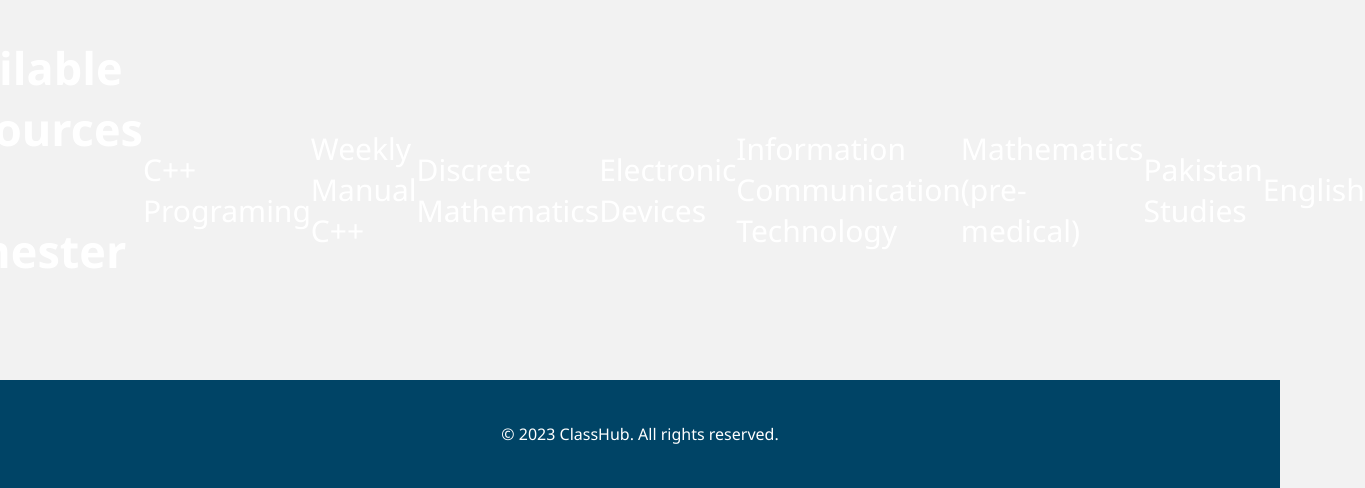
Repository: MariamSawera/eduNova
Page: semester1.html
An editor plug-in stored every save of this project. The page is shown before and after the next save, followed by the edit.
The browser window is 1280 px wide. The page is 1365 px wide, then 1280 px, so the pictures cover 1365 px, including what lies to the right of the window. The pictures show the part of the page from y = 294 to 782 px (the page is 782 px tall before and 720 px after).

Above is the page before, as saved 2025-07-21 21:19:16.

### semester1.html
<html>
<head>
    <title>Semester 1</title>
    <meta charset="UTF-8">
    <meta name="viewport" content="width=device-width, initial-scale=1.0">
    <link rel="stylesheet" href="styles.css">
    <script src="script.js"></script>
</head>
<body>
    <nav>
        <div class="logo">ClassHub</div>
        <ul>
        <li><a href="index.html">Home</a></li>
        <li><a href="semesters.html">Semesters</a></li>
        <li><a href="subjects.html">Subjects</a></li>
        <li><a href="books.html">Books</a></li>
        <li><a href="resources.html">Resources</a></li>
        <li><a href="assignments.html">Assignments</a></li>
        <li><a href="events.html">Events</a></li>
        <li><a href="contact.html">Contact</a></li>
        <li><a href="login.html">Login</a></li>
        </ul>
    </nav>

    <!-- Hero Section -->
    <div class="hero">
        <h1>Welcome to Semester 1 Resources!</h1>
    </div>

    <!-- Resources Section -->
    <div class="resources link-card">
        <h2>Available Resources for Semester 1</h2>
        <div><a href="https://drive.google.com/drive/folders/107JqVOv88Fd92JowXaY-PRxd7YaUVjqE?usp=drive_link" target="_blank">C++ Programing</a></div>
        <div><a href="https://drive.google.com/drive/folders/1-wXgk55pBIPaTlGGSjHjC05zFuhTXC0J?usp=drive_link" target="_blank">Weekly Manual C++</a></div>
        <div><a href="https://drive.google.com/drive/folders/10LtCkj5NTZ55ltIwCDD5zz6DSAjf3nnH?usp=drive_link" target="_blank">Discrete Mathematics</a></div>
        <div><a href="https://drive.google.com/drive/folders/10BQ2rqRyouELCtNv4xKEXuyZJgSYMjdB?usp=drive_link" target="_blank">Electronic Devices</a></div>
        <div><a href="https://drive.google.com/drive/folders/10KPI5x9fh2YeOktNCOFIZnkyhQiEcjKa?usp=drive_link" target="_blank">Information Communication Technology</a></div>
        <div><a href="https://drive.google.com/drive/folders/10l_7g8jQ9fqraMbjIqZynxW4N8hcbFr2?usp=drive_link" target="_blank">Mathematics (pre-medical)</a></div>
        <div><a href="https://drive.google.com/drive/folders/1013mME8j22eaJip78wbZ1QB-dDGhfw2A?usp=drive_link" target="_blank">Pakistan Studies</a></div>
        <div><a href="https://drive.google.com/drive/folders/10gWOP3mKbQupVoY0L6sB0ZBs8oteaTOw?usp=drive_link"target="_blank">English</a></div>
        </ul>
    </div>





    </div>

    <!-- Footer -->
    <footer class="footer">
        <p>&copy; 2023 ClassHub. All rights reserved.</p>
    </footer>

</body>
</html>

### styles.css
    body {
      margin: 0;
      font-family: 'Segoe UI', sans-serif;
      background: #f2f2f2;
        /* background-color: #B3DDF0; */

    }

    nav {
      background-color: #004466;
      color: white;
      padding: 1rem;
      display: flex;
      justify-content: space-between;
      align-items: center;
    }

    nav .logo {
      font-size: 1.5rem;
      font-weight: bold;
    }

    a {
        text-decoration: none;
        color: inherit;
    }

    nav ul {
      list-style: none;
      display: flex;
      gap: 1rem;
    }

    nav ul li {
      display: inline;
    }

    nav ul li a {
      color: white;
      text-decoration: none;
    }


    .hero {
      /* background: linear-gradient(to right, #00aaff, #00ffcc); */
      background-image: url('./images/okokook.jpg');
      background-position: center;
      color: white;
      padding: 2rem;
      text-align: center;
      height: 20vh;
    }


    .hero input {
      padding: 0.5rem;
      border: none;
      border-radius: 5px;
      margin-top: 1rem;
      width: 200px;
    }

    .dashboard {
      display: grid;
      grid-template-columns: 1fr 1fr 1fr;
      gap: 1rem;
      padding: 2rem;
    }

    .card {
      background: white;
      padding: 1rem;
      border-radius: 10px;
      box-shadow: 0 2px 5px rgba(0,0,0,0.1);
    }

    .quick-links {
      padding: 2rem;
      display: grid;
      grid-template-columns: repeat(3, minmax(150px, 1fr));
      gap: 1rem;
    }

    .link-card{
      display: flex;
      justify-content: center;
      align-items: center;
      font-size: 30px;
      color: white;


    }

    .quick-links .link-card {
      background: white;
      text-align: center;
      padding: 1rem;
      border-radius: 10px;
      box-shadow: 0 2px 5px rgba(0,0,0,0.1);
      height: 80px;
    }

    .footer{
      background-color: #004466;
      display: flex;
      justify-content: center;
      align-items: center;
      color: white;
      height: 15vh;
    }

### script.js
function updateName() {
      const name = document.getElementById('nameInput').value;
      const welcome = document.getElementById('welcome');
      if(name.trim()) {
        welcome.textContent = `Hello, ${name}! 👋`;
      } else {
        welcome.textContent = `Hello, Guest 👋`;
      }
    }

After the next save:
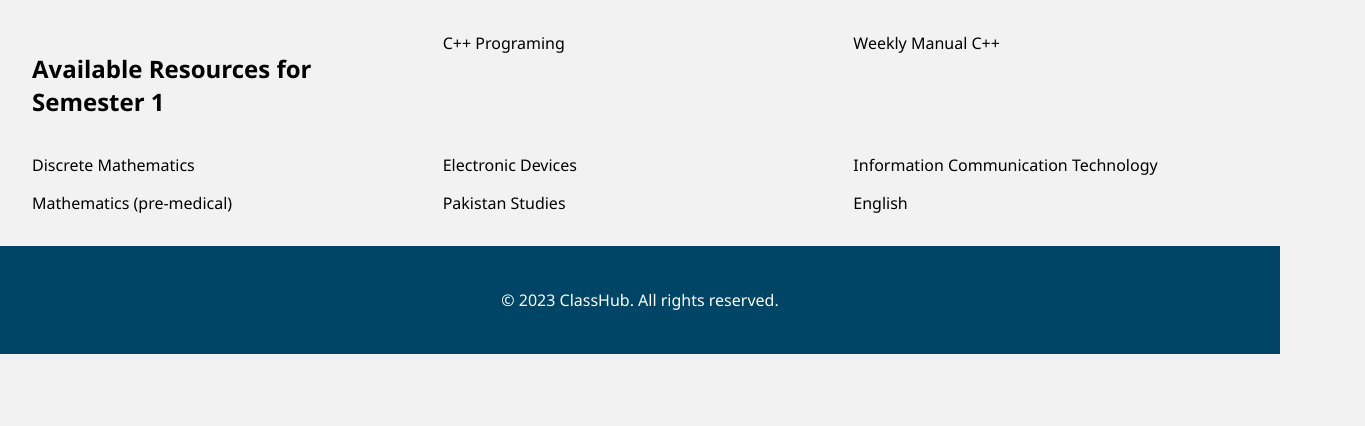
Saved 10 s later.
--- a/semester1.html
+++ b/semester1.html
@@ -28,7 +28,7 @@
     </div>
 
     <!-- Resources Section -->
-    <div class="resources link-card">
+    <div class="resources quick-links">
         <h2>Available Resources for Semester 1</h2>
         <div><a href="https://drive.google.com/drive/folders/107JqVOv88Fd92JowXaY-PRxd7YaUVjqE?usp=drive_link" target="_blank">C++ Programing</a></div>
         <div><a href="https://drive.google.com/drive/folders/1-wXgk55pBIPaTlGGSjHjC05zFuhTXC0J?usp=drive_link" target="_blank">Weekly Manual C++</a></div>
@@ -38,7 +38,6 @@
         <div><a href="https://drive.google.com/drive/folders/10l_7g8jQ9fqraMbjIqZynxW4N8hcbFr2?usp=drive_link" target="_blank">Mathematics (pre-medical)</a></div>
         <div><a href="https://drive.google.com/drive/folders/1013mME8j22eaJip78wbZ1QB-dDGhfw2A?usp=drive_link" target="_blank">Pakistan Studies</a></div>
         <div><a href="https://drive.google.com/drive/folders/10gWOP3mKbQupVoY0L6sB0ZBs8oteaTOw?usp=drive_link"target="_blank">English</a></div>
-        </ul>
     </div>
 
 
